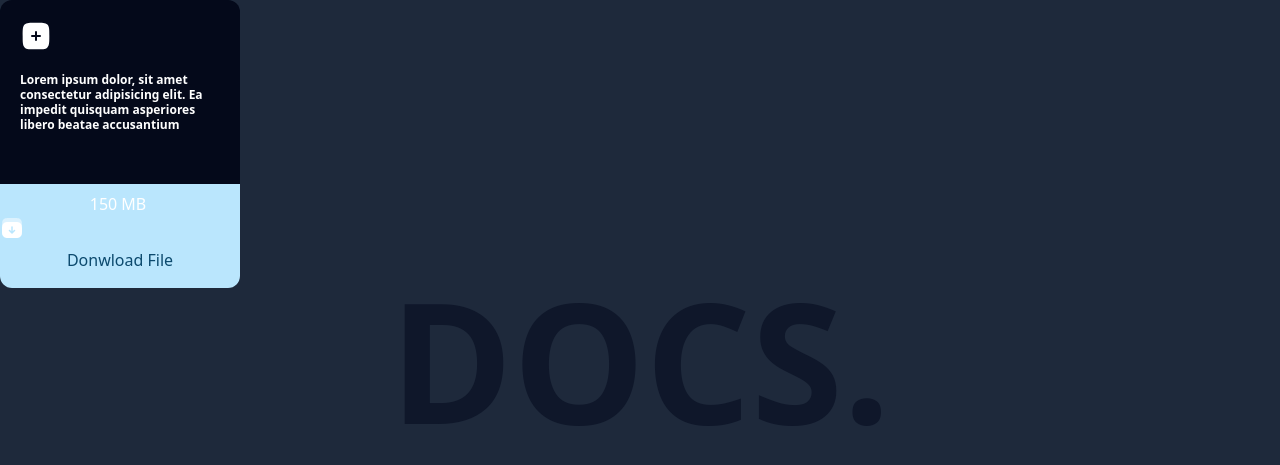
Repository: aliakbarmotallebi/framer-react
Page: /
These files come from the project's save history. The page is drawn as it stood at one moment and after a run of saves; the edit follows.
The browser window is 1280 px wide. The pictures show the whole page.
The project was rebuilt for these pictures with package versions that can differ from the ones it lists, and the page was loaded fresh each time.

Above is the page before, as saved 2024-08-14 18:42:41.

After the next 2 saves:
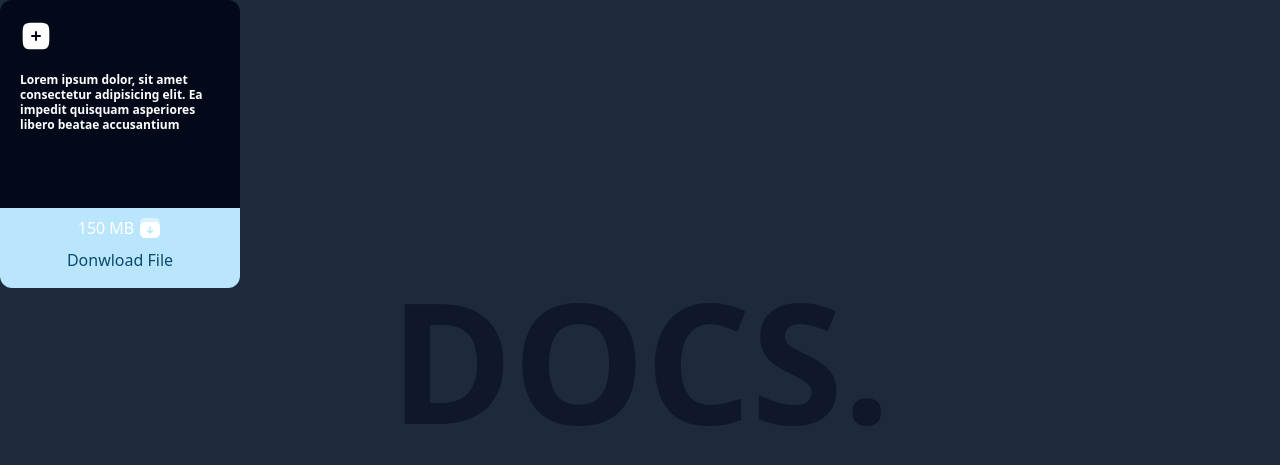
The 2 saves are shown as one change because they came seconds apart.
The last was saved 17 s later.
--- a/src/components/Card.jsx
+++ b/src/components/Card.jsx
@@ -9,7 +9,7 @@ class Card extends Component {
                     Lorem ipsum dolor, sit amet consectetur adipisicing elit. Ea impedit quisquam asperiores libero beatae accusantium
                 </p>
                 <div className="footer absolute bottom-0 bg-sky-200 w-full py-2 left-0 text-center">
-                    <div>
+                    <div className="flex justify-center items-center w-full">
                         <p>
                             150
                             <span className="font-medium px-1">
